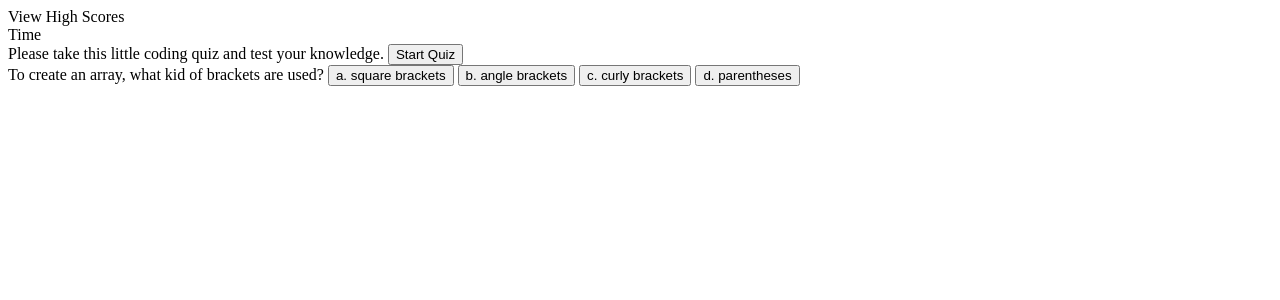
Repository: Naomilounsbury/code-quiz
Page: index.html
An editor plug-in stored every save of this project. The page is shown before and after the next save, followed by the edit.
The browser window is 1280 px wide. The pictures show the whole page.

Above is the page before, as saved 2021-11-27 11:07:39.

### index.html
<!DOCTYPE html>
<html lang="en">
<head>
    <meta charset="UTF-8">
    <meta http-equiv="X-UA-Compatible" content="IE=edge">
    <meta name="viewport" content="width=device-width, initial-scale=1.0">
    <title>Document</title>
</head>
<body>
    <!-- basic words on the page, how do i get stuff inline? -->
 <div>
     View High Scores
 </div>
 <!-- oh god I have to actually figure out how to do a timer -->
 <div class=d-inline>
     Time
 </div>
<!-- I then created a div element to introduce, maybe I'll add more to it later -->
 <div>

     Please take this little coding quiz and test your knowledge.
     <!-- I connected the button to the javascrpt woohoo -->
     <button onclick="onStartQuiz()">
         Start Quiz
     </button>
 </div>
 <!-- here is the quiz -->
 <form id="questions-form">
 <div class="questions">
     To create an array, what kid of brackets are used?
     <button value="a">
         a. square brackets
     </button>
     <button value="b">
         b. angle brackets
     </button>
     <button value="c">
        c. curly brackets
     </button>
     <button value="d">
         d. parentheses
     </button>

 </div>
</form>
<script src="./assets/js/script.js"></script>
</body>
</html>

### assets/js/script.js
//I want to create an onclick function eventually
//so I'm creating my function
var onStartQuiz = function(){
    //when the quiz starts it grabs the first object in the array
    var currentQuestion = questions[0];
    //its going into the html and taking the div clas question and setting the value equal to the current question
    document.querySelector("div[class='question']").value = currentQuestion


   console.log("hello")
}
//making an array of questions
var questions = [
    {
        //right now the key question is a string
        question: "To create an array, what kid of brackets are used?",
        answer: "a",
        a: "square brackets",
        b: "angle brackets",
        c: "curly brackets",
        d: "parentheses",
        //an array holds a list of items and since each question is an object we need a fucking comma
    },
    {
        question: "how do you create a branch with github?",
        answer: "b",
        a: "git push",
        b: "git branch",
        c: "git checkout",
        d: "git commit",
    },
    {
        question: "To create an array, what kid of brackets are used?",
        answer: "a",
        a: "square brackets",
        b: "angle brackets",
        c: "curly brackets",
        d: "parentheses",

    }
]

After the next save:
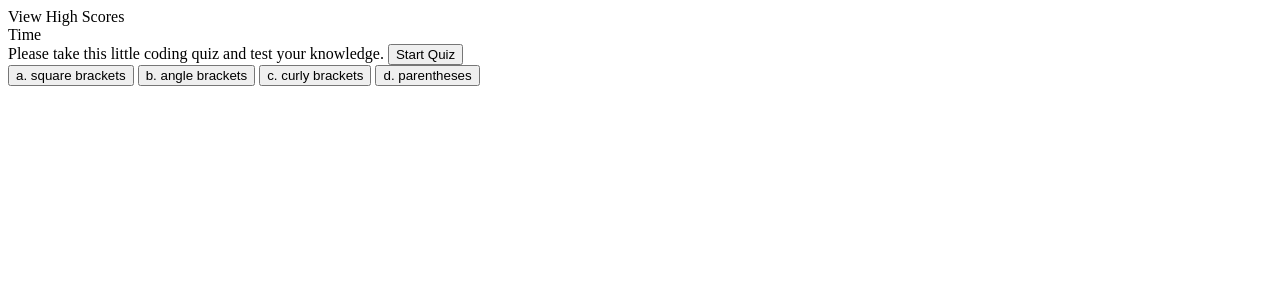
Saved 4 s later.
--- a/index.html
+++ b/index.html
@@ -26,8 +26,8 @@
  </div>
  <!-- here is the quiz -->
  <form id="questions-form">
- <div class="questions">
-     To create an array, what kid of brackets are used?
+ <div class="question" >
+
      <button value="a">
          a. square brackets
      </button>
